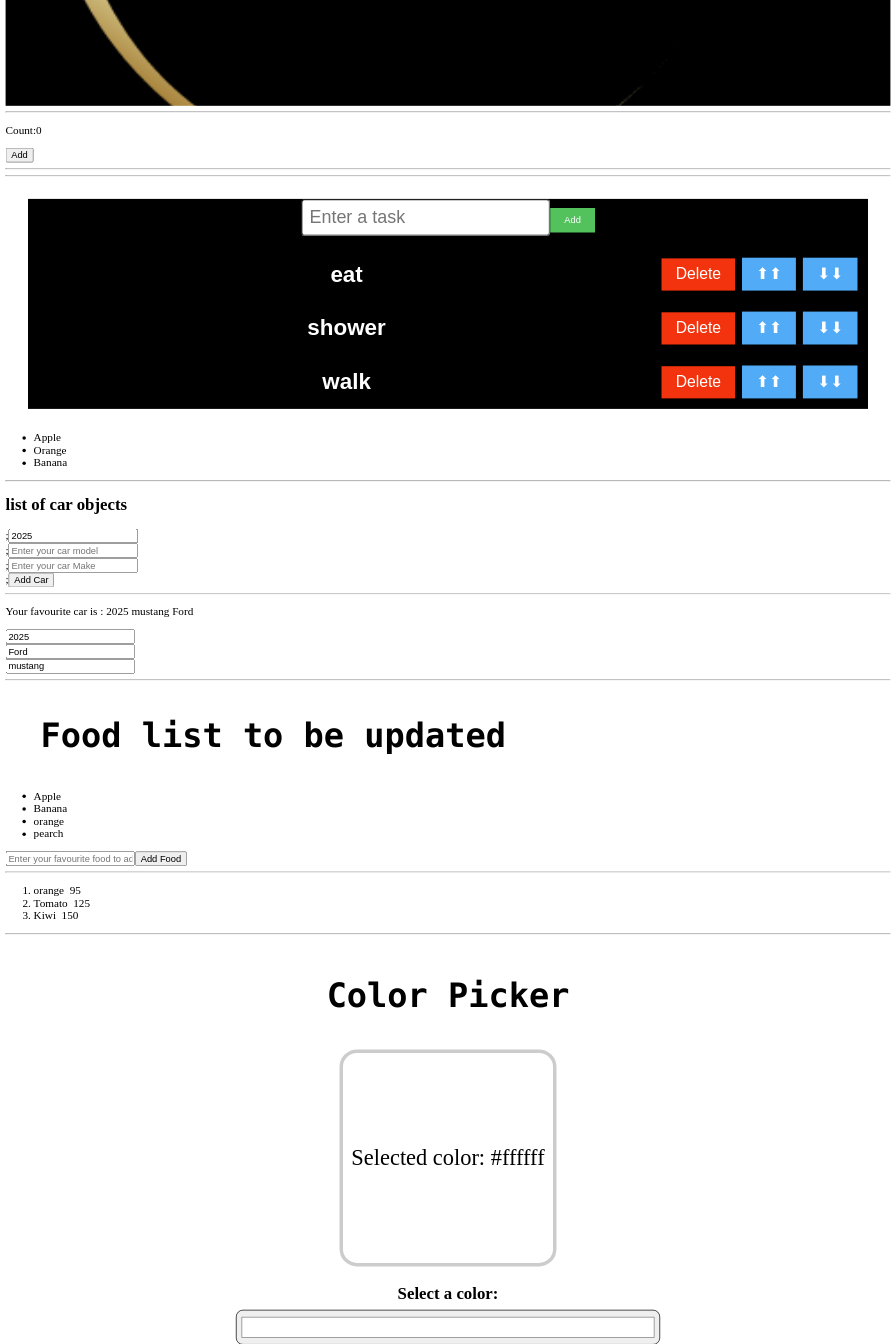
Repository: profbkmurage/reactLearning
Page: /
The author's editor kept a copy of each file at every save. The page is drawn from the files as they stood at one save, then again after the next save.
The browser window is 1280 px wide. The pictures show the part of the page from y = 823 to 2743 px (the page is 6562 px tall before and 6570 px after), at 70% of full size.
Backgrounds fixed to the window are drawn as part of the page. The project was rebuilt for these pictures with package versions that can differ from the ones it lists, and the page was loaded fresh each time. Also part of the build but not shown: vite.config.js.

Above is the page before, as saved 2025-02-14 22:17:42.

After the next save:
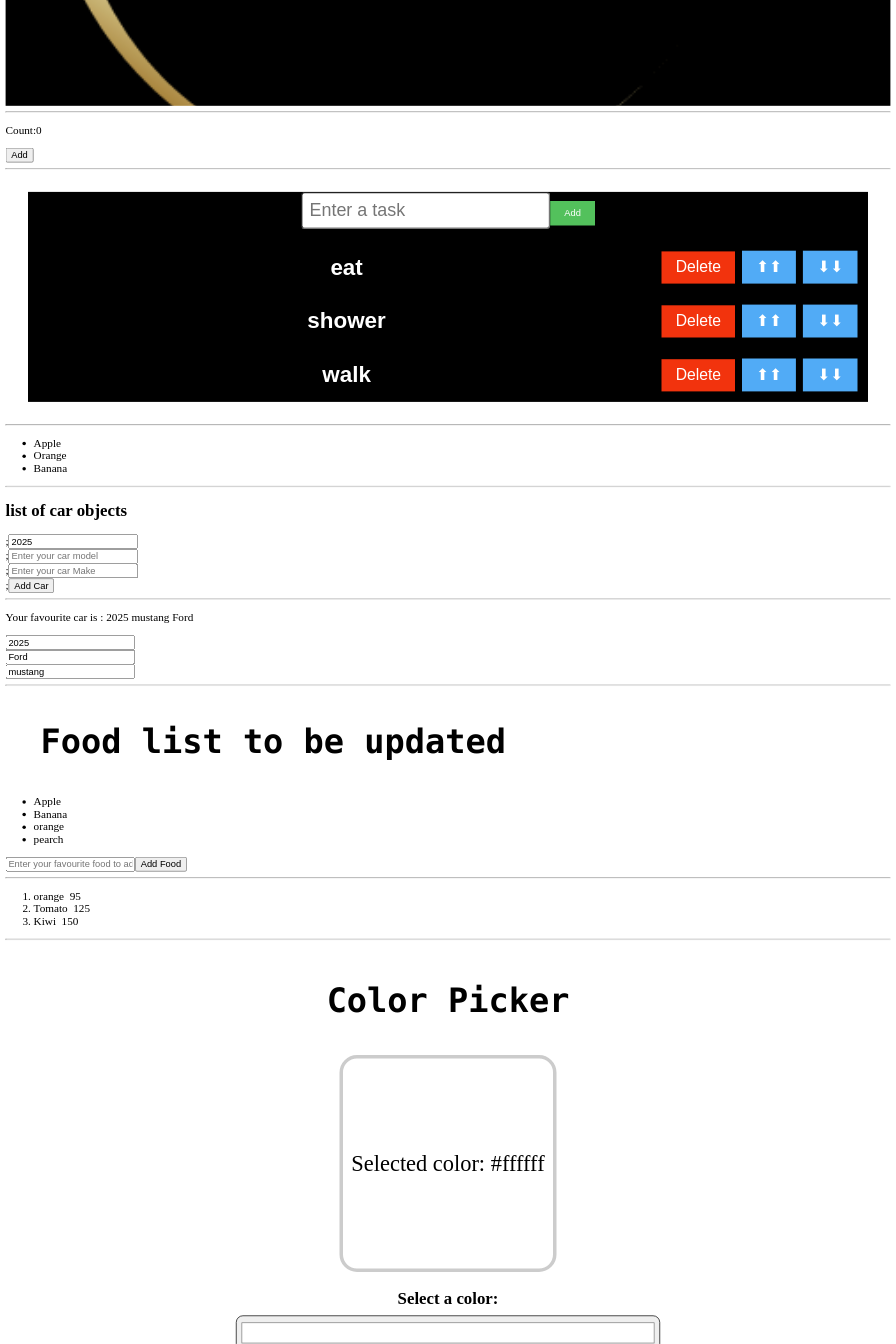
Saved 5 s later.
--- a/src/App.jsx
+++ b/src/App.jsx
@@ -49,8 +49,8 @@ function App() {
       <hr />
       <ComponetMain />
       <hr />
+      <ToDooList />
       <hr />
-      <ToDooList />
       <Food />
       <hr />
       <CarUpdater/>
